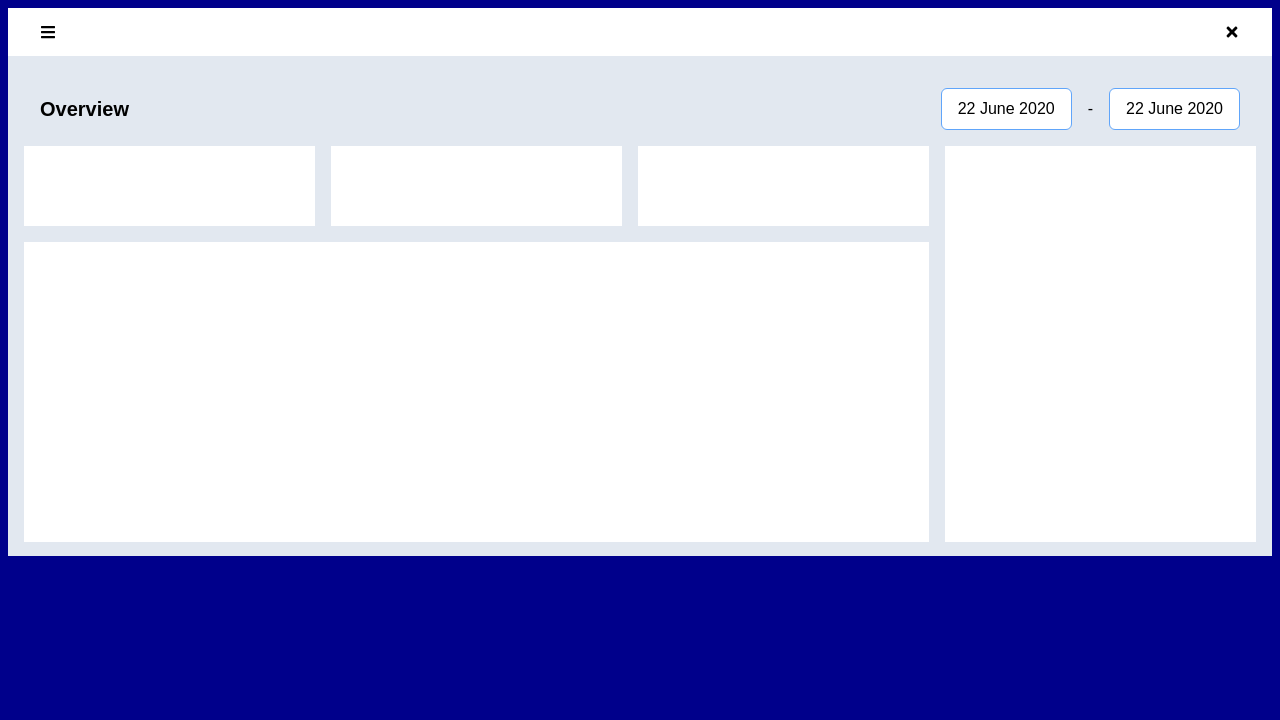
Repository: AngusOnyebuchi/Dashboard
Page: /contact
The author's editor kept a copy of each file at every save. The page is drawn from the files as they stood at one save, then again after the next save.
The browser window is 1280 px wide. The pictures show the whole page.
The project was rebuilt for these pictures with package versions that can differ from the ones it lists, and the page was loaded fresh each time.

Above is the page before, as saved 2022-05-15 01:18:25.

After the next save:
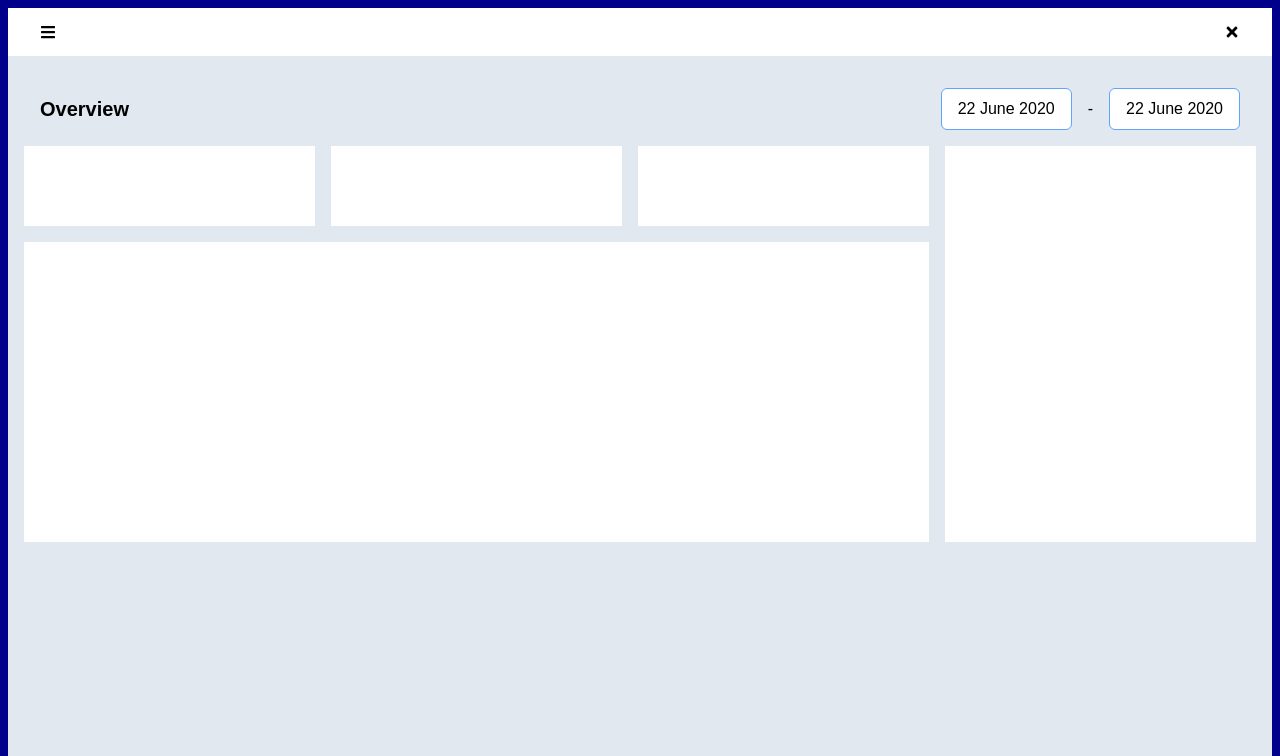
Saved 52 s later.
--- a/src/components/Home.js
+++ b/src/components/Home.js
@@ -2,7 +2,7 @@ import React from 'react'
 
 export default function Home() {
   return (
-    <div className='p-4 mx-2 h-[500px] bg-slate-200'>
+    <div className='p-4 mx-2 h-[700px] bg-slate-200'>
 
           {/** The first part after the nav */}
       <div className='flex justify-between p-4 items-center'>
